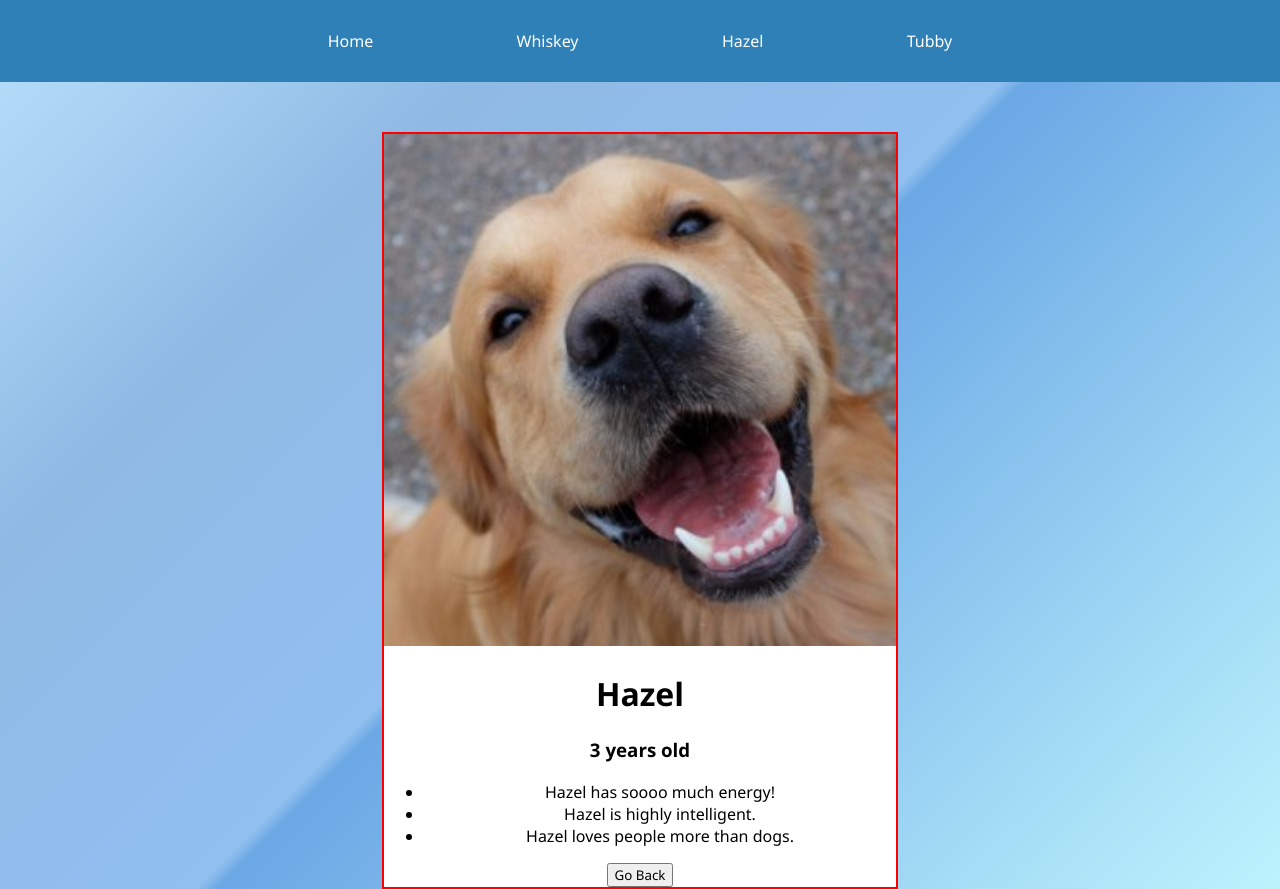
Repository: johnmutina/dog-finder
Page: /dogs/Hazel
These files come from the project's save history. The page is drawn as it stood at one moment and after the next save; the edit follows.
The browser window is 1280 px wide. The pictures show the whole page.
The project was rebuilt for these pictures with package versions that can differ from the ones it lists, and the page was loaded fresh each time. Also part of the build but not shown: src/DogFinder.css, src/DogFinder.js.

Above is the page before, as saved 2019-07-28 15:34:03.

After the next save:
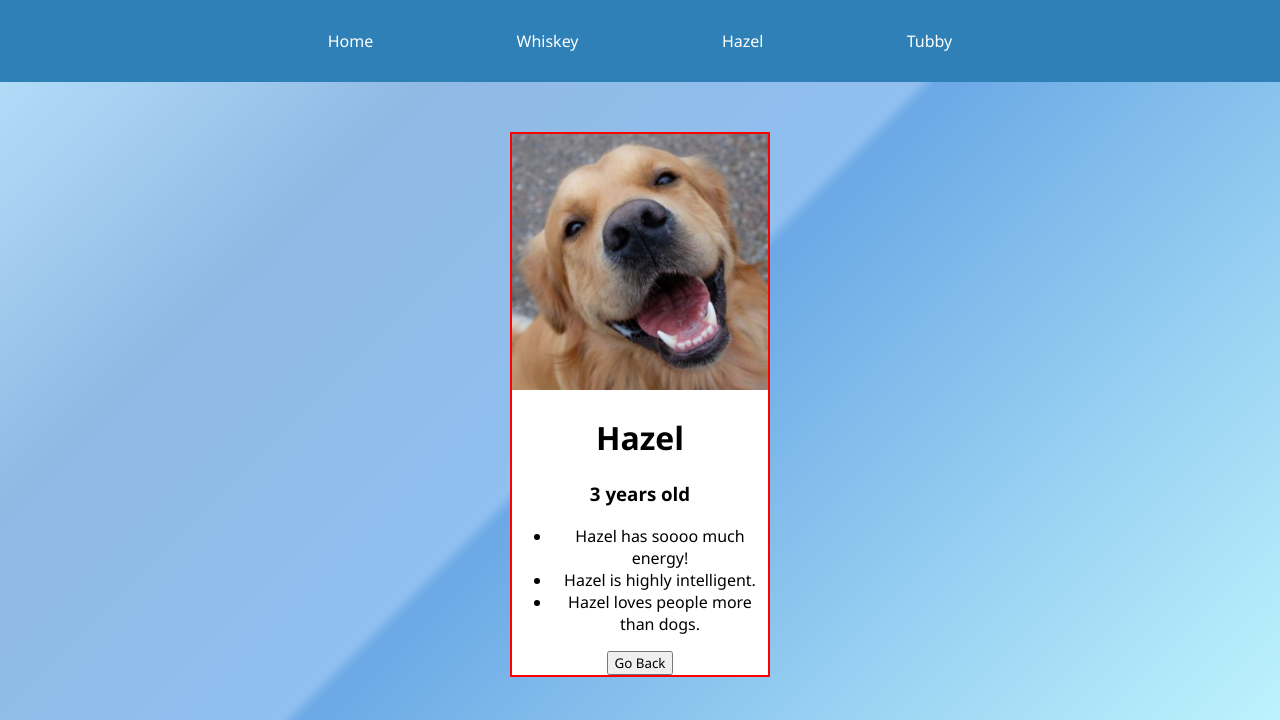
Saved 7 s later.
--- a/src/Dog.css
+++ b/src/Dog.css
@@ -1,7 +1,7 @@
 .Dog {
   border: 2px solid red;
   width: 40%;
-  max-width: 50%;
+  max-width: 20%;
   margin: 50px auto 0 auto;
   background: white;
 }

After the save that followed:
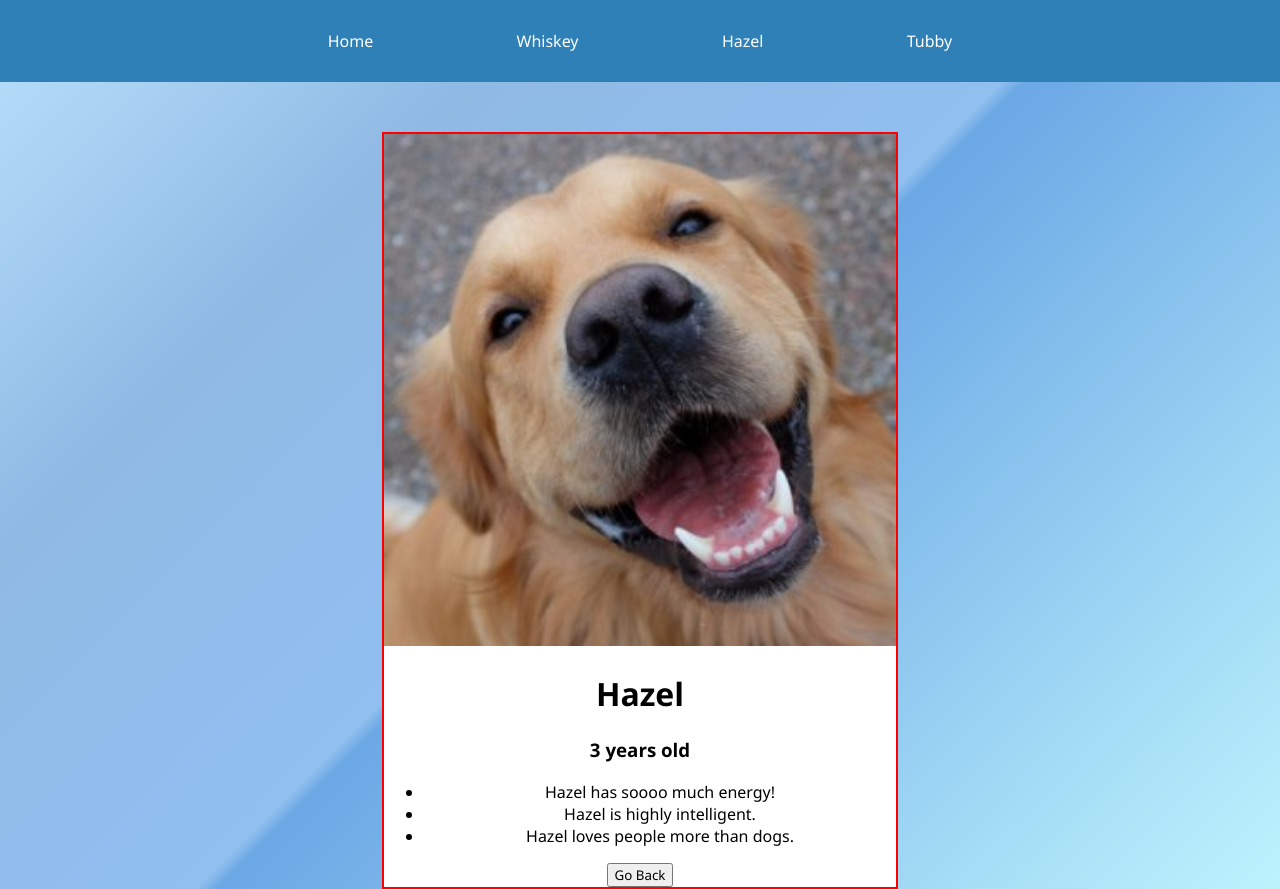
Saved 12 s later.
--- a/src/Dog.css
+++ b/src/Dog.css
@@ -1,7 +1,7 @@
 .Dog {
   border: 2px solid red;
   width: 40%;
-  max-width: 20%;
+  max-width: 50%;
   margin: 50px auto 0 auto;
   background: white;
 }
